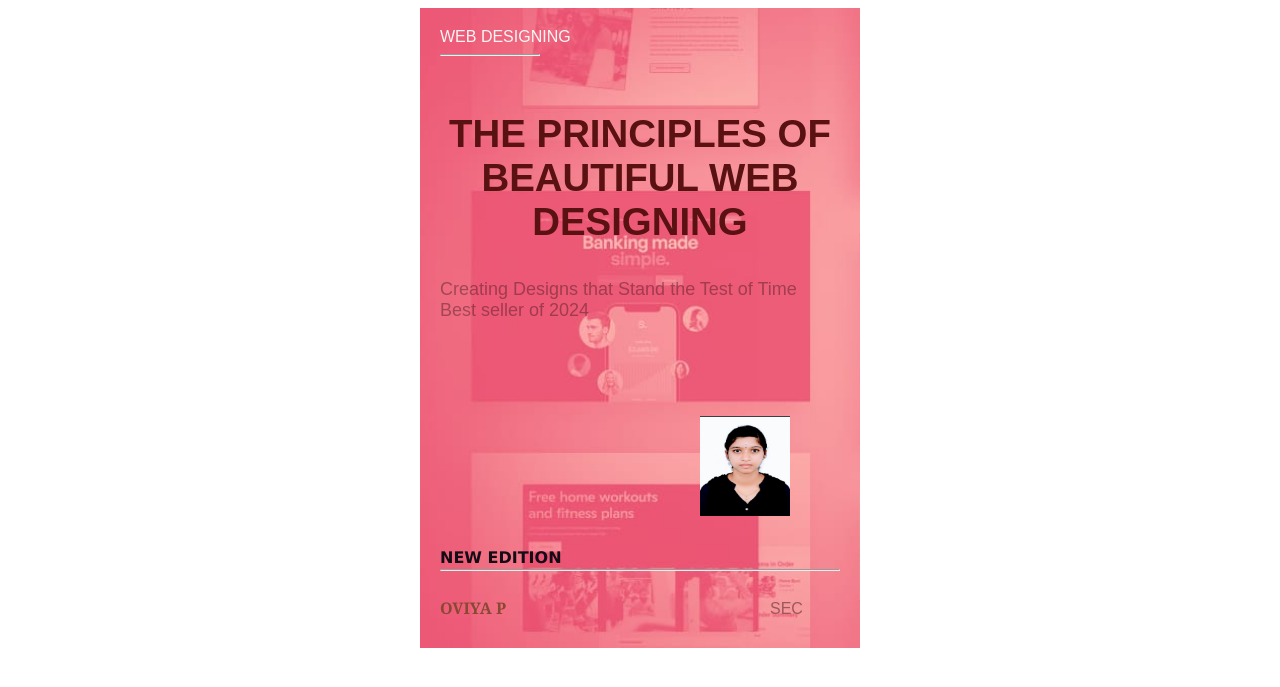
Repository: Oviya24032K6/cover
Page: oviya/coverapp/static/book.html
The author's editor kept a copy of each file at every save. The page is drawn from the files as they stood at one save, then again after the next save.
The browser window is 1280 px wide. The pictures show the whole page.

Above is the page before, as saved 2024-04-09 13:55:34.

After the next save:
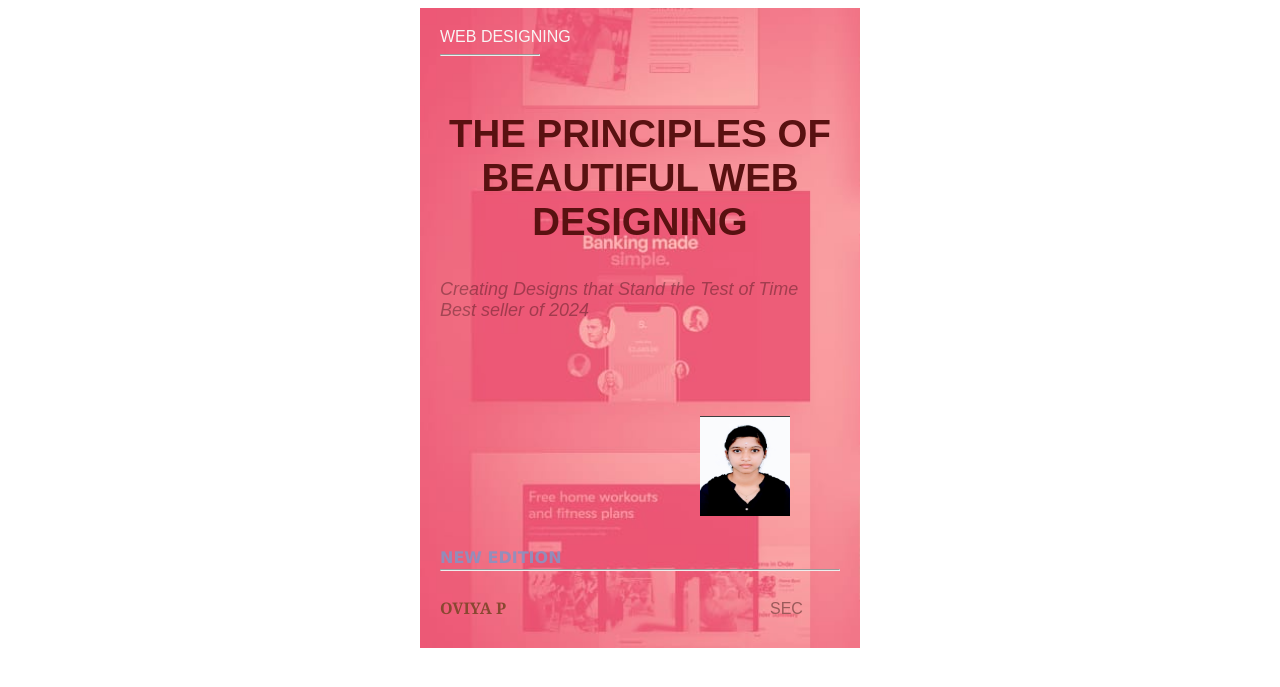
Saved 10 s later.
--- a/oviya/coverapp/static/book.html
+++ b/oviya/coverapp/static/book.html
@@ -59,7 +59,7 @@
         }
 
         .end {
-            color: rgba(5, 6, 15, 0.94);
+            color: rgba(141, 143, 190, 0.94);
             font-size: medium;
             font-family: Verdana;
             position: relative;
@@ -96,11 +96,11 @@
         <div class="title">
             <h1>THE PRINCIPLES OF BEAUTIFUL WEB DESIGNING</h1>
         </div>
-        <div class="subtitle">
-            Creating Designs that Stand the Test of Time
+        <div class="subtitle"><I>
+            Creating Designs that Stand the Test of Time</I>
         </div>
         <div class="subtitle">
-            Best seller of 2024
+            <I>Best seller of 2024</I>
         </div>
 
         <div class="photo">
